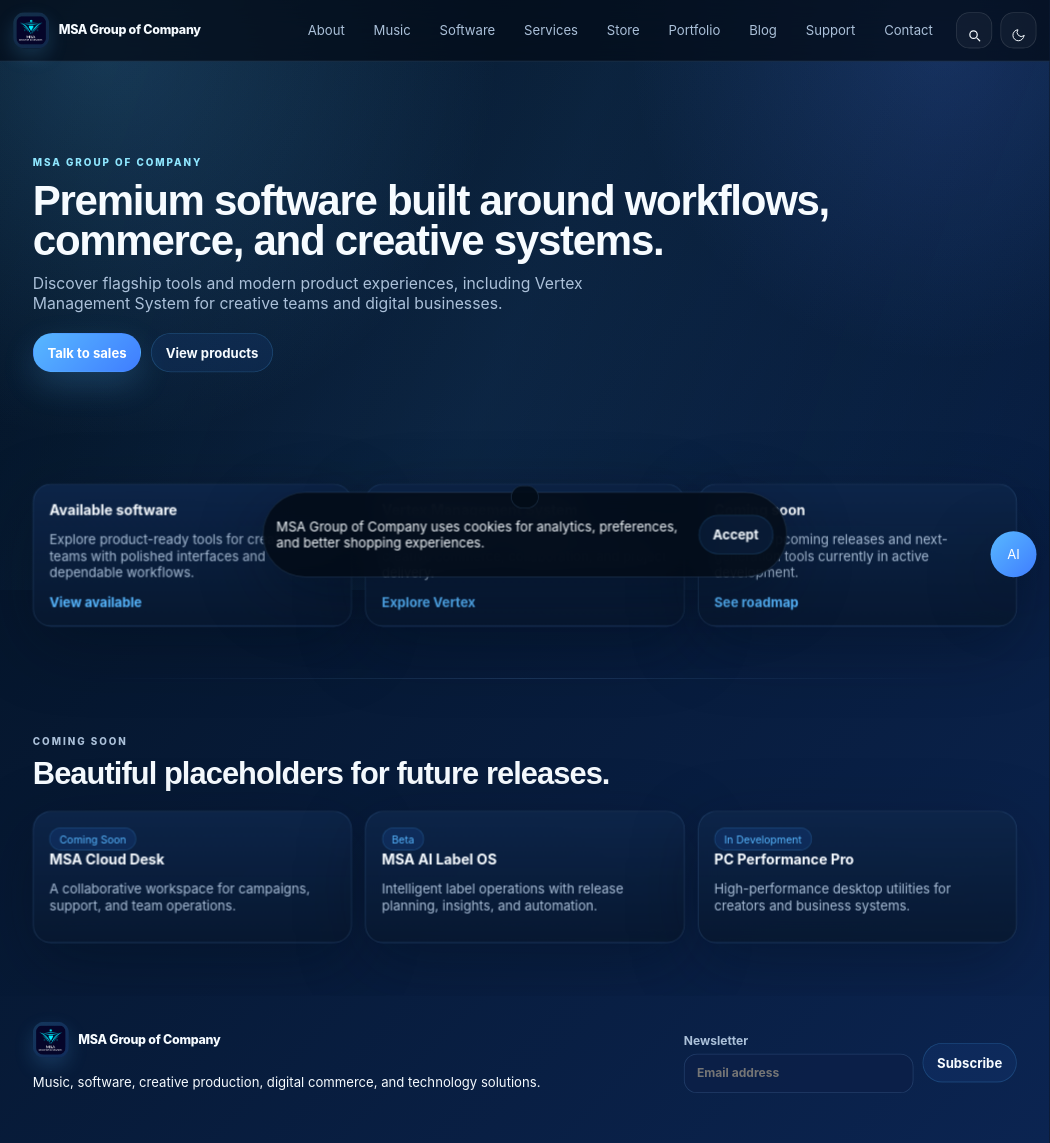
Repository: wifiasert/MSA-Group-of-Company
Page: software/index.html
An editor plug-in stored every save of this project. The page is shown before and after the next save, followed by the edit.
The browser window is 1280 px wide. The pictures show the whole page, at 82% of full size.

Above is the page before, as saved 2026-07-18 04:50:55.

After the next save:
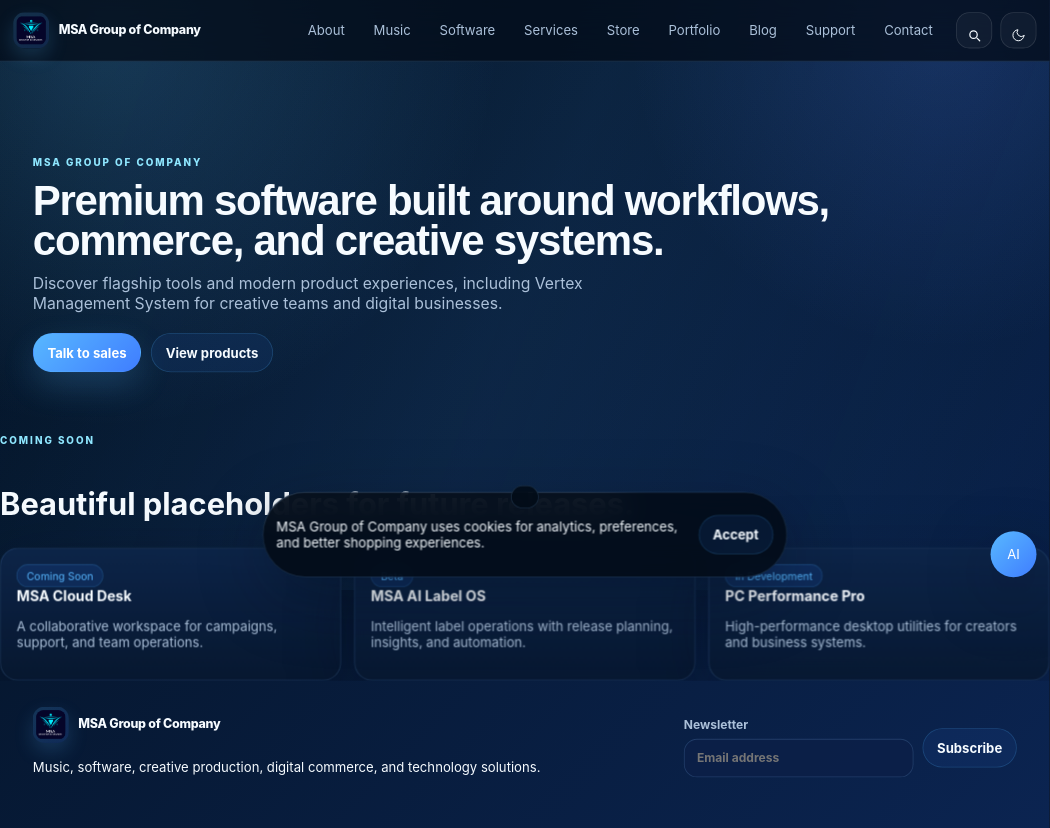
Saved 26 s later.
--- a/software/index.html
+++ b/software/index.html
@@ -311,8 +311,6 @@
         <div class="hero-actions"><a class="primary-button" href="../contact/">Talk to sales</a><a class="secondary-button" href="../software/available/">View products</a></div>
       </div>
     </section>
-    <section class="section reveal"><div class="card-grid"><article class="glass-card"><h3>Available software</h3><p>Explore product-ready tools for creators and teams with polished interfaces and dependable workflows.</p><a class="inline-link" href="../software/available/">View available</a></article><article class="glass-card"><h3>Vertex Management System</h3><p>Flagship operations software to connect creative commerce, collaboration, and project delivery.</p><a class="inline-link" href="../software/available/#vertex-management">Explore Vertex</a></article><article class="glass-card"><h3>Coming soon</h3><p>Preview upcoming releases and next-generation tools currently in active development.</p><a class="inline-link" href="../software/coming-soon/">See roadmap</a></article></div></section>
-    <section class="section reveal">
 
       <div class="section-heading"><p class="eyebrow">Coming soon</p><h2>Beautiful placeholders for future releases.</h2></div>
       <div class="card-grid">
